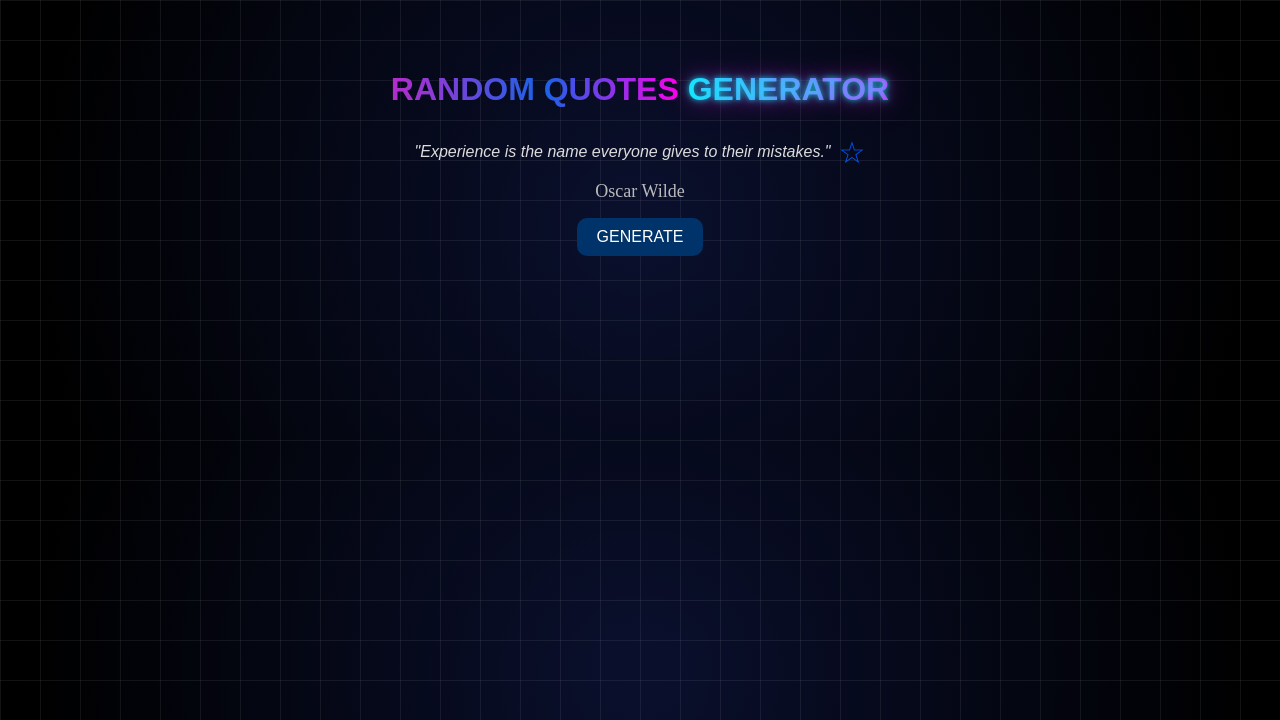
Repository: Adel-la/random-quotes
Page: index.html
An editor plug-in stored every save of this project. The page is shown before and after the next save, followed by the edit.
The browser window is 1280 px wide. The pictures show the whole page.

Above is the page before, as saved 2025-06-26 22:32:13.

After the next save:
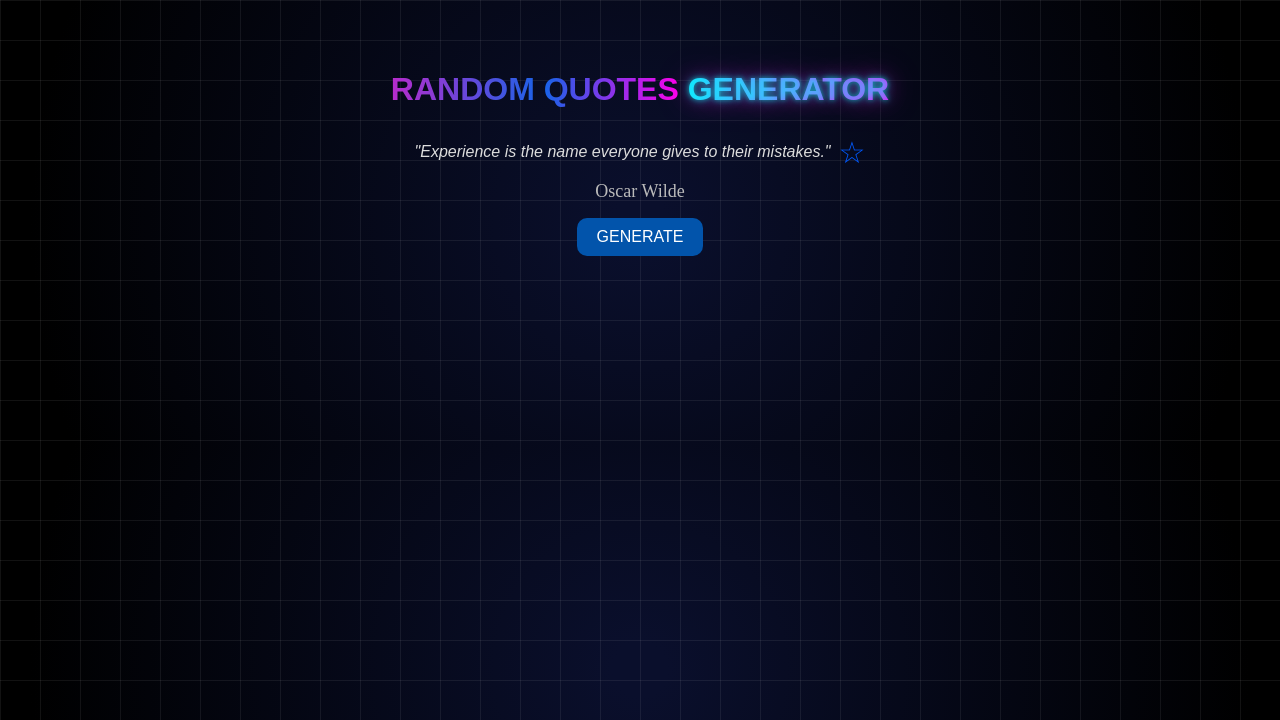
Saved 7 s later.
--- a/styles.css
+++ b/styles.css
@@ -16,7 +16,7 @@ body {
 .btn{
   padding: 10px 20px;
   font-size: 16px;
-  background-color: #00336a;
+  background-color: #0254ab;
   color: #fff;
   border: none;
   cursor: pointer;
